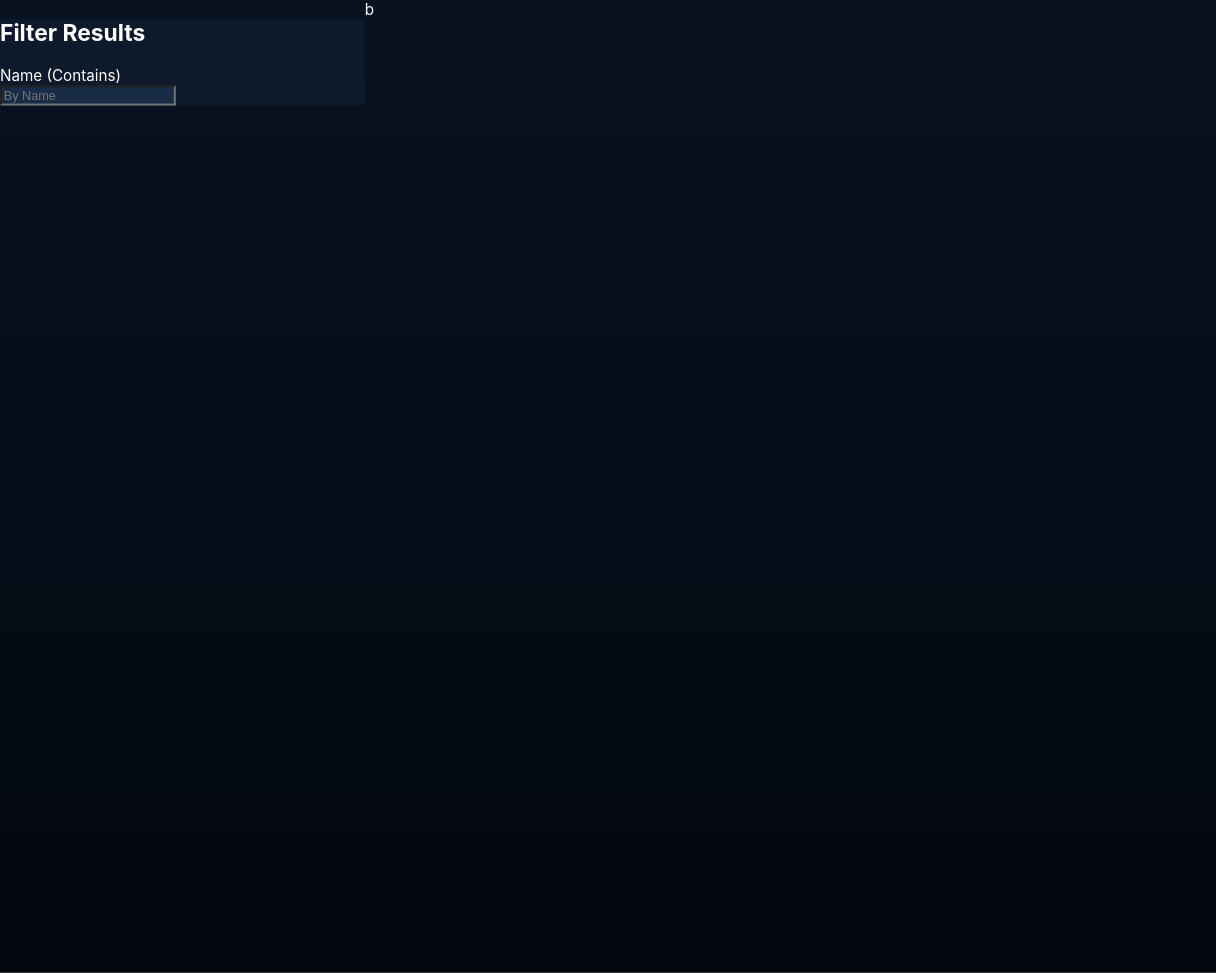
Repository: seyicoded/testestech
Page: /
An editor plug-in stored every save of this project. The page is shown before and after the next save, followed by the edit.
The browser window is 1280 px wide. The pictures show the whole page, at 95% of full size.
The project was rebuilt for these pictures with package versions that can differ from the ones it lists, and the page was loaded fresh each time.

Above is the page before, as saved 2022-02-07 13:42:41.

### src/App.js
import logo from './logo.svg';
import './App.css';

function App() {
  return (
    <div className="App">
      <div className="Container">

        <div className='left'>
          <div className='card'>
            <h2>Filter Results</h2>

            <div>
              <label>Name (Contains)</label>
              <br />
              <input placeholder='By Name'/>
            </div>
          </div>
        </div>

        <div className='right'>
          b
        </div>

      </div>
    </div>
  );
}

export default App;

### src/App.css
.App {
  width: 100%;
  height: 100%;
  flex: 1;
}

/* .App-logo {
  height: 40vmin;
  pointer-events: none;
} */

/* @media (prefers-reduced-motion: no-preference) {
  .App-logo {
    animation: App-logo-spin infinite 20s linear;
  }
} */

/* .App-header {
  background-color: #282c34;
  min-height: 100vh;
  display: flex;
  flex-direction: column;
  align-items: center;
  justify-content: center;
  font-size: calc(10px + 2vmin);
  color: white;
} */

.App-link {
  color: #61dafb;
}

@keyframes App-logo-spin {
  from {
    transform: rotate(0deg);
  }
  to {
    transform: rotate(360deg);
  }
}

.Container{
  display: flex;
  flex: 1;
  height: 1024px;
  max-height: 100%;
  width: 100%;
  flex-direction: row;
  /* background: Vertical linear-gradient #081221 to #03080f; */
  background: linear-gradient(#081221, #03080f);
  padding: 15;
  color: white;
}

.Container .left{
  width: 30%;
  height: 100%;
}

.Container .right{
  flex: 1;
  height: 100%;
}

.Container .left .card{
  padding: 40;
  background: #0e1a2b;
}
.Container .left .card .content{
  display: block;
  text-align: left;
}
.Container .left .card input {
  background: #182c47;
}

Loaded but not shown: public/index.html (common file); src/index.js (common file); src/index.css (common file); src/reportWebVitals.js (common file)

After the next save:
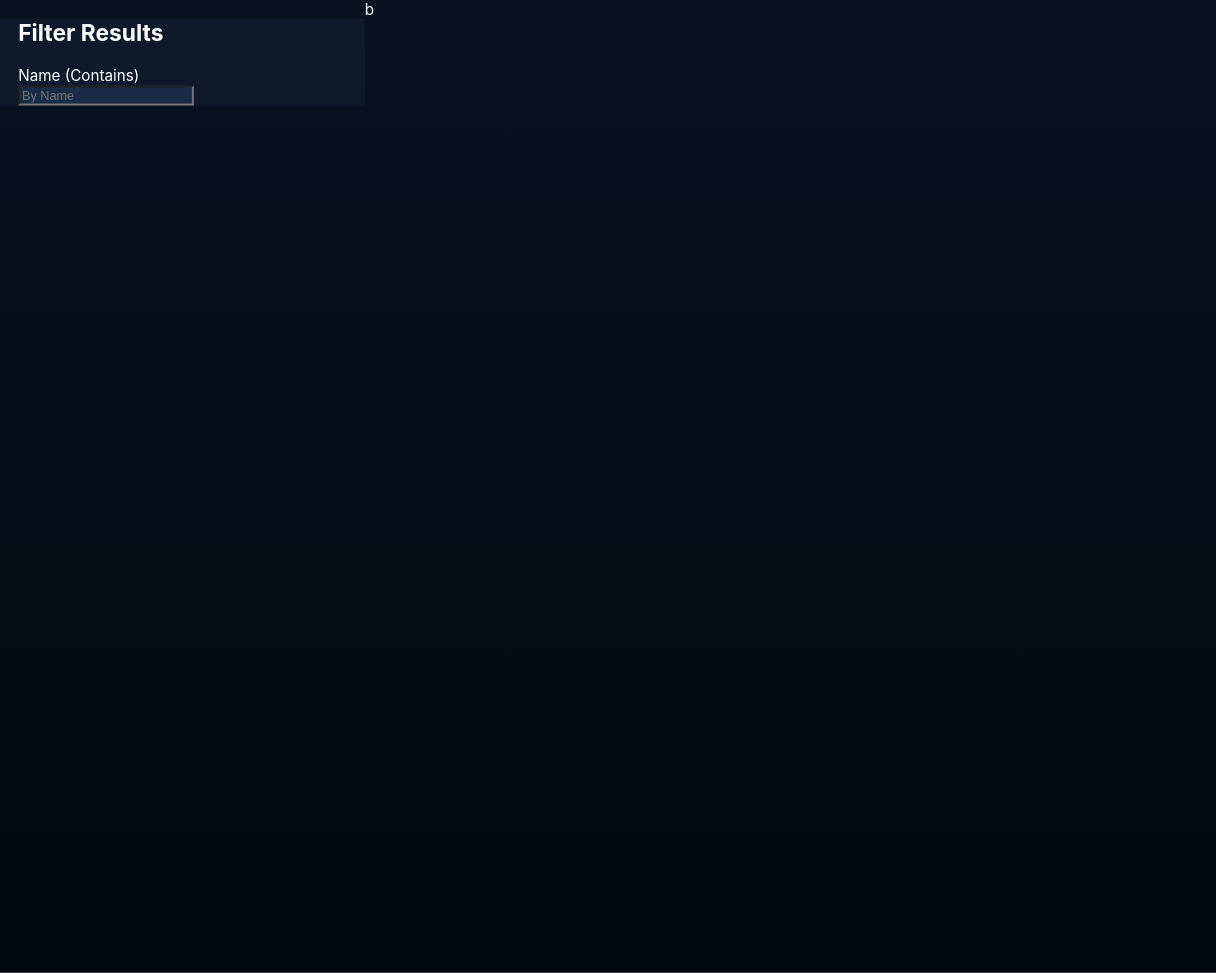
Saved 15 s later.
--- a/src/App.css
+++ b/src/App.css
@@ -64,6 +64,7 @@
 
 .Container .left .card{
   padding: 40;
+  padding-left: 5%;
   background: #0e1a2b;
 }
 .Container .left .card .content{
